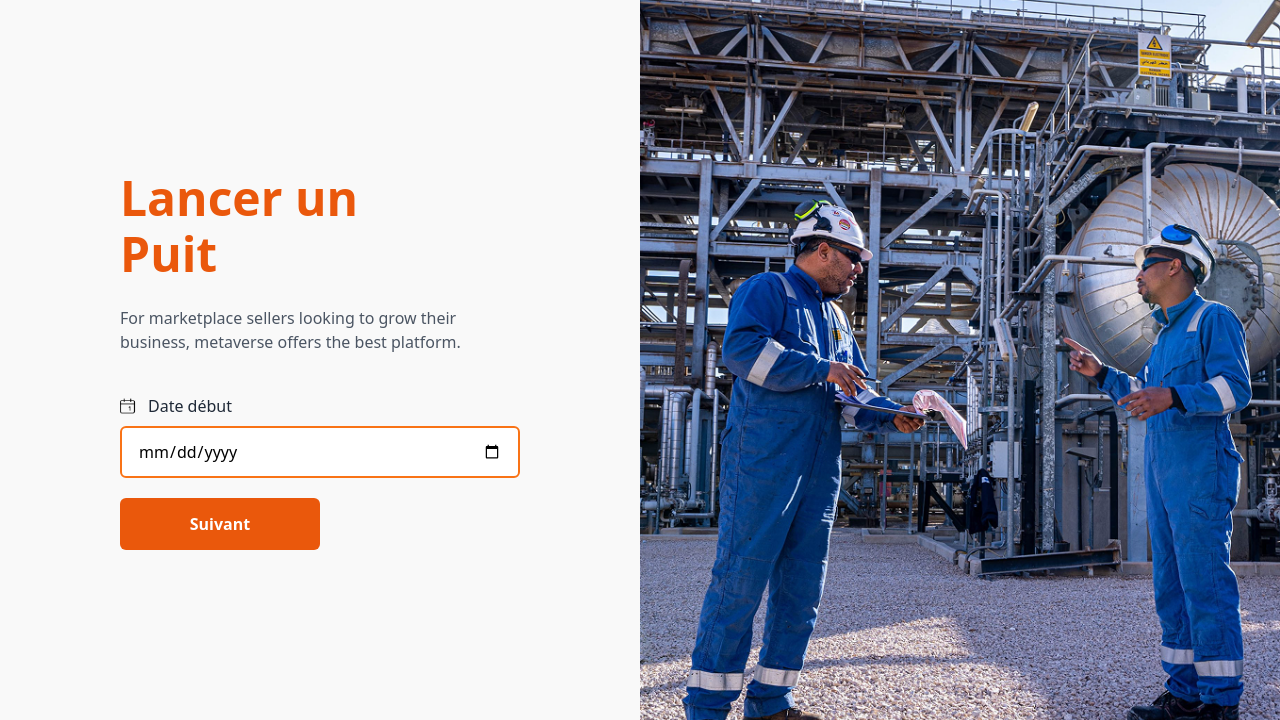
Repository: 123455675848484848484884848484/Projet_2cs
Page: / (app in front/)
An editor plug-in stored every save of this project. The page is shown before and after the next save, followed by the edit.
The browser window is 1280 px wide. The pictures show the whole page.
The project was rebuilt for these pictures with package versions that can differ from the ones it lists, and the page was loaded fresh each time. Also part of the build but not shown: front/src/App.css, front/src/Login.jsx.

Above is the page before, as saved 2025-04-23 18:17:29.

### front/src/App.jsx

import './App.css';
// App.jsx
import React from "react";
import Login from "./Login";
import LancerPuit from './LancerPuit';

function App() {
  return <LancerPuit />;
}

export default App;

### front/src/LancerPuit.jsx
import React, { useState } from "react";

const LancerPuit = () => {
  const [dateDebut, setDateDebut] = useState("");

  const handleSubmit = (e) => {
    e.preventDefault();
    alert(`Date de début sélectionnée : ${dateDebut}`);
  };

  return (
    <div className="flex h-screen overflow-hidden">
      {/* Colonne gauche */}
      <div className="w-1/2 bg-[#f9f9f9] flex items-center justify-center px-[80px]">
        <div className="w-full max-w-[400px]">
          <h1 className="text-[48px] font-bold leading-[56px] text-orange-600">
            Lancer un <br /> Puit
          </h1>

          <p className="text-[16px] text-gray-600 mt-6 mb-10 leading-[24px]">
            For marketplace sellers looking to grow their business, metaverse offers the best platform.
          </p>

          <form onSubmit={handleSubmit} className="space-y-5">
            <div className="space-y-2">
              <div className="flex items-center gap-2">
                <img src="/date.png" alt="date icon" className="w-5 h-5" />
                <label htmlFor="dateDebut" className="text-[16px] font-medium text-gray-800">
                  Date début
                </label>
              </div>

              <input
                type="date"
                id="dateDebut"
                value={dateDebut}
                onChange={(e) => setDateDebut(e.target.value)}
                className="w-full h-[52px] text-[16px] px-4 border-2 border-orange-500 rounded-md focus:outline-none focus:ring-2 focus:ring-orange-600"
                required
              />
            </div>

            <button
              type="submit"
              className="w-[200px] h-[52px] bg-orange-600 hover:bg-orange-700 text-white text-[16px] font-semibold rounded-md transition"
            >
              Suivant
            </button>
          </form>
        </div>
      </div>

      {/* Colonne droite */}
      <div className="w-1/2 h-full">
        <img
          src="/lancerp.png"
          alt="Site industriel"
          className="w-full h-full object-cover"
        />
      </div>
    </div>
  );
};

export default LancerPuit;

Loaded but not shown: front/public/index.html (common file); front/src/index.js (common file); front/src/index.css (common file); front/src/reportWebVitals.js (common file); front/tailwind.config.js (common file)

After the next save:
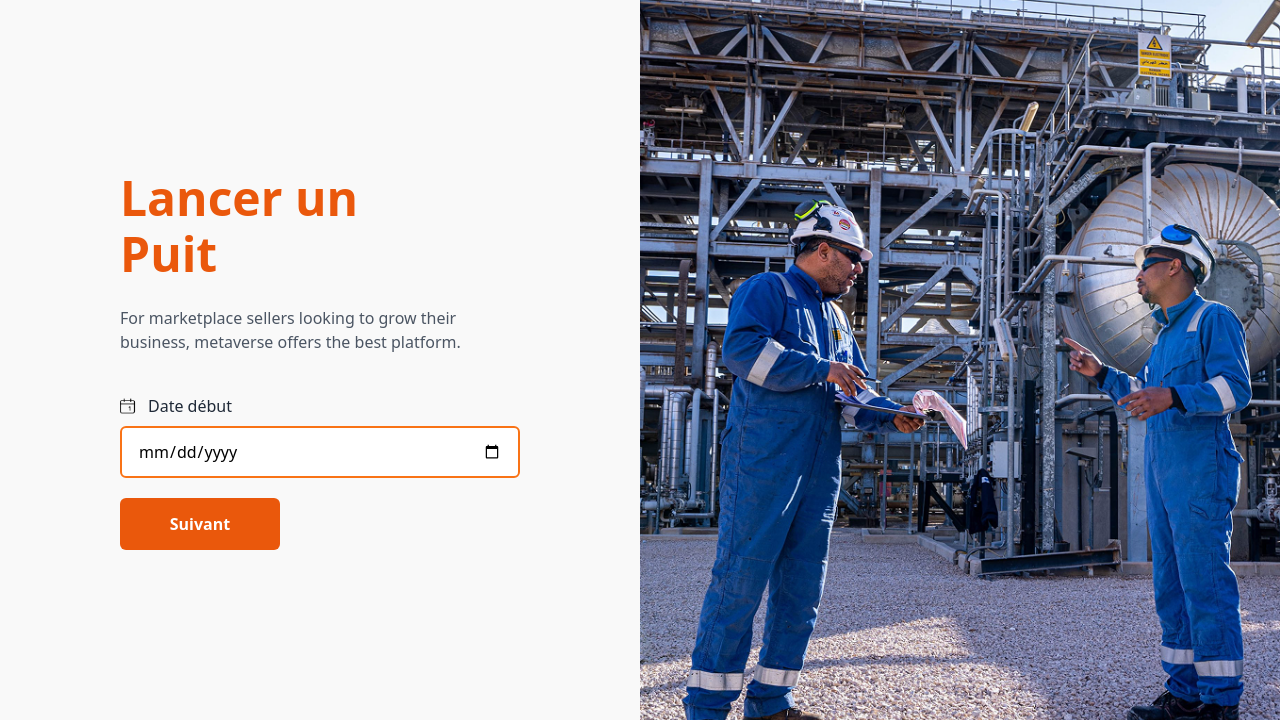
Saved 8 s later.
--- a/front/src/LancerPuit.jsx
+++ b/front/src/LancerPuit.jsx
@@ -42,7 +42,7 @@ const LancerPuit = () => {
 
             <button
               type="submit"
-              className="w-[200px] h-[52px] bg-orange-600 hover:bg-orange-700 text-white text-[16px] font-semibold rounded-md transition"
+              className="w-[160px] h-[52px] bg-orange-600 hover:bg-orange-700 text-white text-[16px] font-semibold rounded-md transition"
             >
               Suivant
             </button>
